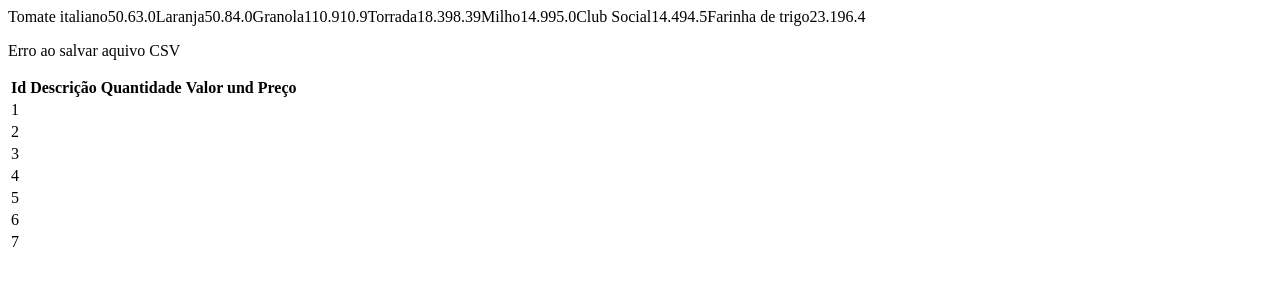
Repository: jaquelinediasoliveira/SENAI
Page: http://localhost/CupomFiscal/Notinha.jsp
An editor plug-in stored every save of this project. The page is shown before and after the next save, followed by the edit.
The browser window is 1280 px wide. The pictures show the whole page.
The page is served by Tomcat 9.

Above is the page before, as saved 2021-08-16 20:02:01.

### 2DES/PWBE/aula5/Workspace/CupomFiscal/src/main/webapp/Notinha.jsp
<%@page import="vo.NotaFiscal"%>
<%@page import="ctr.NotaFiscalProcess"%>
<%@ page language="java" contentType="text/html; charset=UTF-8"
    pageEncoding="UTF-8"%>
<!DOCTYPE html>
<html>
<head>
<meta charset="UTF-8">
<title>Nota Fiscal Virtual</title>
</head>
<body>
	<table>
		<tr>
			<th>Id</th>
			<th>Descrição</th>
			<th>Quantidade</th>
			<th>Valor und</th>
			<th>Preço</th>
		</tr>
		<%
			NotaFiscalProcess.testes();
			for(NotaFiscal nf: NotaFiscalProcess.compras){
				out.print(nf.toHTML());
			}

			out.print(NotaFiscalProcess.salvar());
		%>
	</table>
</body>
</html>

### 2DES/PWBE/aula5/Workspace/CupomFiscal/src/main/java/ctr/NotaFiscalProcess.java
package ctr;

import java.util.ArrayList;
import vo.NotaFiscal;
import dao.NotaFiscalDAO;

public class NotaFiscalProcess {

	public static ArrayList<NotaFiscal> compras;
	public static NotaFiscalDAO bd = new NotaFiscalDAO();

	public static void testes() {
		compras = new ArrayList<>();
		compras.add(new NotaFiscal(1,"Tomate italiano", 5, 0.60, 3.00));
		compras.add(new NotaFiscal(2, "Laranja", 5, 0.80, 4.00));
		compras.add(new NotaFiscal(3, "Granola", 1, 10.90, 10.90));
		compras.add(new NotaFiscal(4, "Torrada", 1, 8.39, 8.39));
		compras.add(new NotaFiscal(5, "Milho", 1, 4.99, 5.00));
		compras.add(new NotaFiscal(6, "Club Social", 1, 4.49, 4.50));
		compras.add(new NotaFiscal(7, "Farinha de trigo", 2, 3.19, 6.40));
	}

	public static void abrir() {
		compras = bd.abrir();
	}

	public static String salvar() {
		if(bd.salvar(compras)) {
			return "<p>Dados salvos com sucesso</p>";
		}else {
			return "<p>Erro ao salvar aquivo CSV</p>";
		}
	}
}

### 2DES/PWBE/aula5/Workspace/CupomFiscal/src/main/java/dao/NotaFiscalDAO.java
package dao;

import java.io.BufferedReader;
import java.io.BufferedWriter;
import java.io.FileNotFoundException;
import java.io.FileReader;
import java.io.FileWriter;
import java.io.IOException;
import java.util.ArrayList;

import vo.NotaFiscal;

public class NotaFiscalDAO {

	private BufferedReader br;
	private BufferedWriter bw;
	private String arquivo = "C:\\dbs\\compras.csv";
	private ArrayList<NotaFiscal> compras;
	private NotaFiscal compra;

	public boolean salvar(ArrayList<NotaFiscal> compras) {
		try {
			bw = new BufferedWriter(new FileWriter(arquivo, false));
			for (NotaFiscal nf : compras) {
				bw.write(nf.toCSV());
			}
			bw.close();
			return true;
		} catch (IOException e) {
			System.out.println("Erro ao gravar arquivo " + e);
			return false;
		}
	}

	public ArrayList<NotaFiscal> abrir() {
		compras = new ArrayList<>();
		try {
			br = new BufferedReader(new FileReader(arquivo));
			String linha = null;
			while ((linha = br.readLine()) != null) {
				compra = new NotaFiscal(linha.split(";"));
				compras.add(compra);
			}
			br.close();
		} catch (FileNotFoundException e) {
			System.out.println("Arquivo não encontrado " + e);
		} catch (IOException e) {
			System.out.println("Erro ao ler arquivo " + e);
		}
		return compras;
	}

}

### 2DES/PWBE/aula5/Workspace/CupomFiscal/src/main/java/vo/NotaFiscal.java
package vo;

public class NotaFiscal {
	private int Id;
	private String Descricao;
	private int Qtd;
	private Double ValorUnidade;
	private Double Preco;

	public NotaFiscal() {
	}

	public NotaFiscal(int id, String descricao, int qtd, Double valorUnidade, Double preco) {
		Id = id;
		Descricao = descricao;
		Qtd = qtd;
		ValorUnidade = valorUnidade;
		Preco = preco;
	}

	public NotaFiscal(String[] vetor) {
		try {
			this.Id = Integer.valueOf(vetor[0]);
			this.Descricao = vetor[1];
			this.Qtd = Integer.valueOf(vetor[2]);
			this.ValorUnidade = Double.valueOf(vetor[3]);
			this.Preco = Double.valueOf(vetor[4]);
		} catch (Exception e) {
			e.printStackTrace();
		}
	}

	public int getId() {
		return Id;
	}

	public void setId(int id) {
		Id = id;
	}

	public String getDescricao() {
		return Descricao;
	}

	public void setDescricao(String descricao) {
		Descricao = descricao;
	}

	public int getQtd() {
		return Qtd;
	}

	public void setQtd(int qtd) {
		Qtd = qtd;
	}

	public Double getValorUnidade() {
		return ValorUnidade;
	}

	public void setValorUnidade(Double valorUnidade) {
		ValorUnidade = valorUnidade;
	}

	public Double getPreco() {
		return Preco;
	}

	public void setPreco(Double preco) {
		Preco = preco;
	}

	@Override
	public String toString() {
		return Id + "\t" + Descricao + "\t" + Qtd + "\t" + ValorUnidade + "\t" + Preco + "\n";
	}

	public String toCSV() {
		return Id + ";" + Descricao + ";" + Qtd + ";" + ValorUnidade + ";" + Preco + "\r\n";
	}

	public String toHTML() {
		return "<tr><td>" + Id + "<td></td>" + Descricao + "<td></td>" + Qtd + "<td></td>" + ValorUnidade + "<td></td>" + Preco + "</td></tr>";
	}

	@Override
	public int hashCode() {
		final int prime = 31;
		int result = 1;
		result = prime * result + Id;
		return result;
	}

	@Override
	public boolean equals(Object obj) {
		if (this == obj)
			return true;
		if (obj == null)
			return false;
		if (getClass() != obj.getClass())
			return false;
		NotaFiscal other = (NotaFiscal) obj;
		if (Id != other.Id)
			return false;
		return true;
	}
}

After the next save:
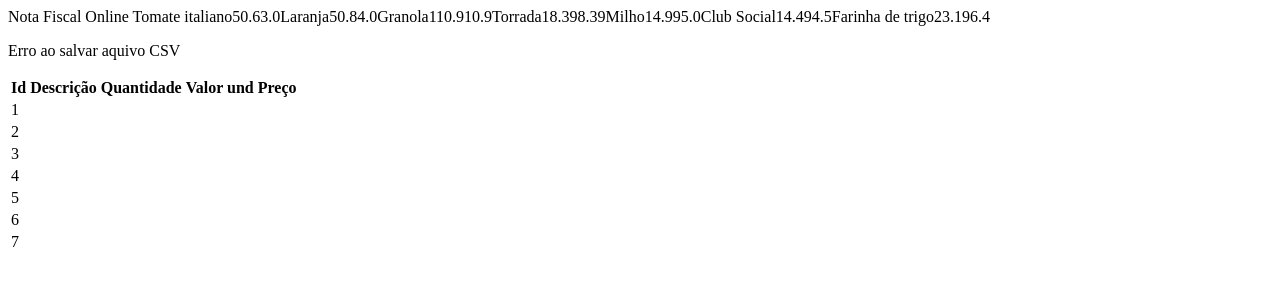
Saved 6 min 58 s later.
--- a/2DES/PWBE/aula5/Workspace/CupomFiscal/src/main/webapp/Notinha.jsp
+++ b/2DES/PWBE/aula5/Workspace/CupomFiscal/src/main/webapp/Notinha.jsp
@@ -9,6 +9,7 @@
 <title>Nota Fiscal Virtual</title>
 </head>
 <body>
+	<caption>Nota Fiscal Online</caption>
 	<table>
 		<tr>
 			<th>Id</th>
